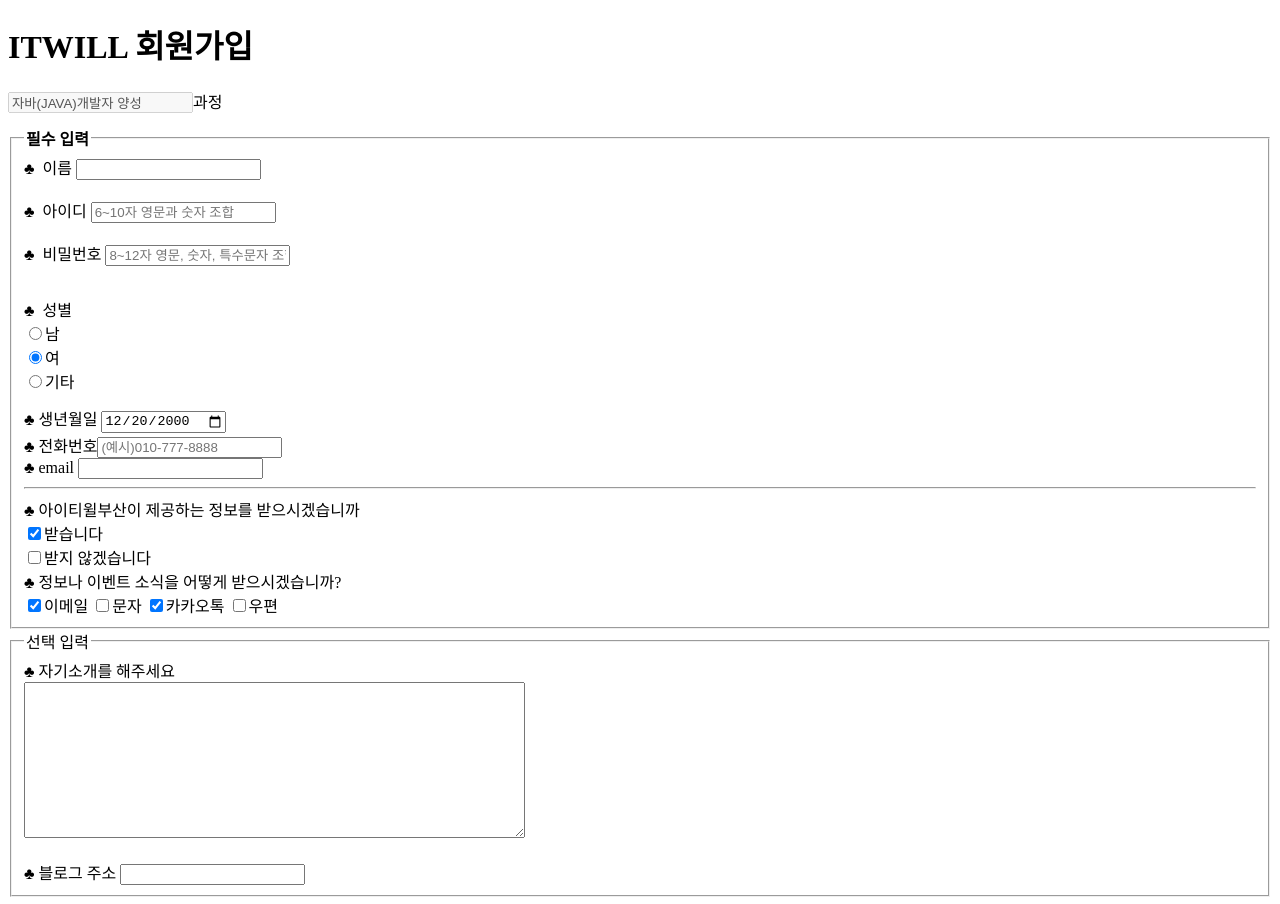
Repository: ReadStar/Web
Page: Html/html5/WebContent/form-test.html
The author's editor kept a copy of each file at every save. The page is drawn from the files as they stood at one save, then again after the next save.
The browser window is 1280 px wide. The pictures show the whole page.

Above is the page before, as saved 2020-08-13 11:54:01.

### Html/html5/WebContent/form-test.html
<!DOCTYPE html>
<html>
<head>
<meta charset="UTF-8">
<title>Insert title here</title>
</head>
<body>
<h1>ITWILL 회원가입</h1>
<input type ="text" disabled="disabled" value = "자바(JAVA)개발자 양성">과정<pre></pre>
<fieldset>
<legend><b>필수 입력</b></legend>
<b>♣</b> &nbsp;이름 <input type="text"><br><br>
<b>♣</b> &nbsp;아이디 <input type="text" placeholder="6~10자 영문과 숫자 조합"><br><br>
<b>♣</b> &nbsp;비밀번호 <input type="text" placeholder="8~12자 영문, 숫자, 특수문자 조합"><br><br>
<pre></pre>
<b>♣</b>&nbsp; 성별<br>
<input type="radio" name = "gender">남<br>
<input type="radio" name = "gender" checked="checked">여<br>
<input type="radio" name = "gender">기타<br>
<pre></pre>
<b>♣</b>&nbsp;생년월일&nbsp;<input type="date" value="2000-12-20" ><br>
<b>♣</b>&nbsp;전화번호<input type="tel" placeholder="(예시)010-777-8888"><br>
<b>♣</b>&nbsp;email&nbsp;<input type="email"><br>
<hr></hr>
<b>♣</b>&nbsp;아이티윌부산이 제공하는 정보를 받으시겠습니까<br>
<input type="checkbox" name="box" checked="checked">받습니다<br>
<input type="checkbox" name="box">받지 않겠습니다<br>
<b>♣</b>&nbsp;정보나 이벤트 소식을 어떻게 받으시겠습니까?<br>
<input type="checkbox" name="box2" checked="checked">이메일
<input type="checkbox" name="box2">문자
<input type="checkbox" name="box2" checked="checked">카카오톡
<input type="checkbox" name="box2">우편
</fieldset>

<fieldset>
<legend>선택 입력</legend>
<b>♣</b>&nbsp;자기소개를 해주세요<br>
<textarea cols="60" rows="10"></textarea><br><br>
<b>♣</b>&nbsp;블로그 주소 <input type="url">

</fieldset>
</body>
</html>

After the next save:
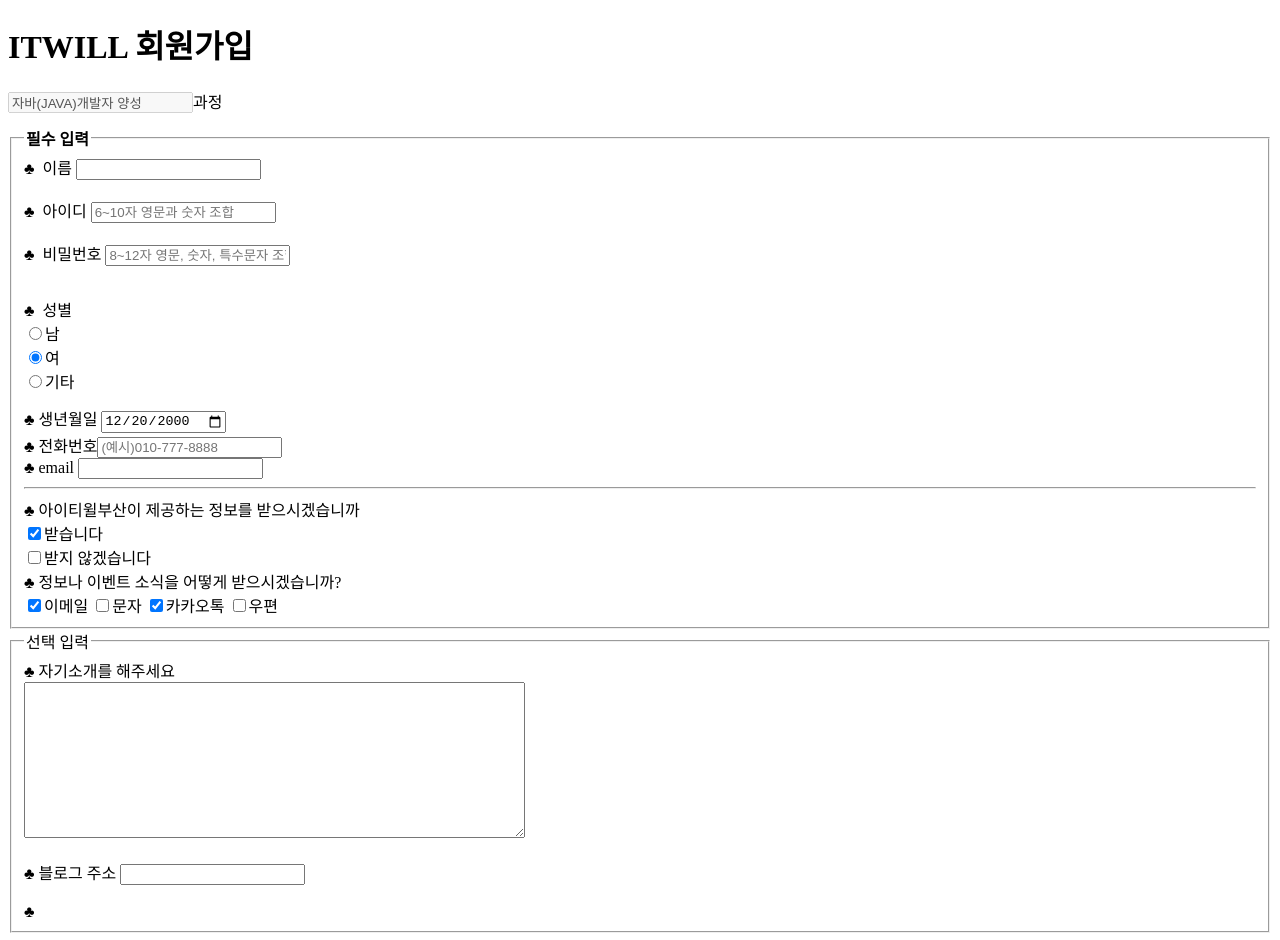
Saved 38 s later.
--- a/Html/html5/WebContent/form-test.html
+++ b/Html/html5/WebContent/form-test.html
@@ -36,8 +36,8 @@
 <legend>선택 입력</legend>
 <b>♣</b>&nbsp;자기소개를 해주세요<br>
 <textarea cols="60" rows="10"></textarea><br><br>
-<b>♣</b>&nbsp;블로그 주소 <input type="url">
-
+<b>♣</b>&nbsp;블로그 주소 <input type="url"><br><br>
+<b>♣</b>&nbsp;
 </fieldset>
 </body>
 </html>
